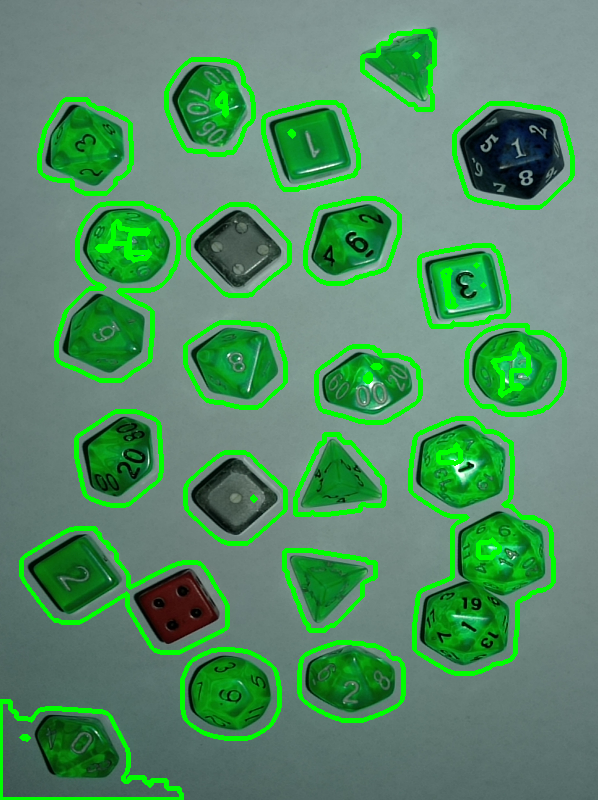
Repository: kaiofbgarcia/OpenCV
Script's output: python dados.py
An editor plug-in stored every save of this project. The script's output is shown before and after the next save, followed by the edit.
Random numbers start from a fixed seed. It also reads Dados/imgDados/dados4.jpg.

Above is the script's output before, as saved 2022-06-28 20:23:28.

After the next save:
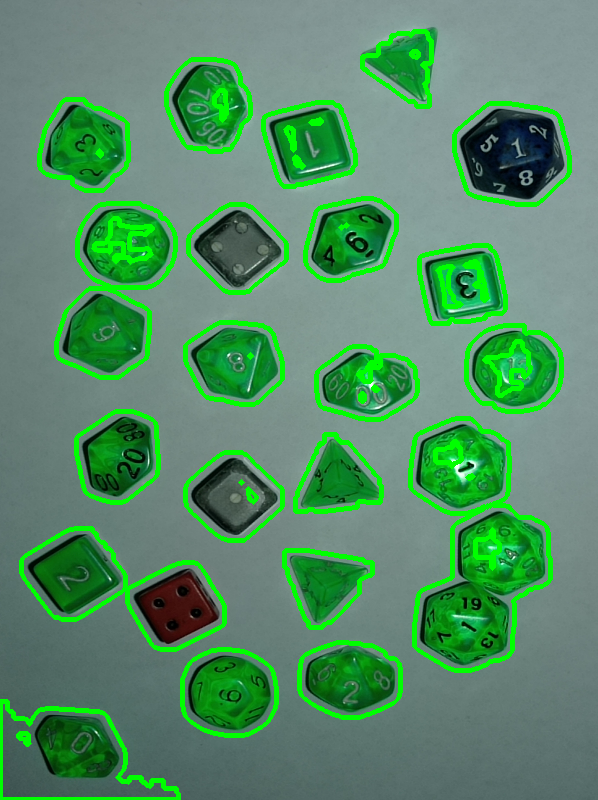
Saved 13 s later.
--- a/dados.py
+++ b/dados.py
@@ -12,7 +12,7 @@
 ret,binary = cv2.threshold(gray , 85 ,255, cv2.THRESH_BINARY)         # Binarização ################
 ret1,binary1 = cv2.threshold(binary,127,255,cv2.THRESH_BINARY_INV)   # Inverter a Binarização
 
-kernel = np.ones((6,6), np.uint8)
+kernel = np.ones((5,5), np.uint8)
 dilation = cv2.dilate(binary1, kernel, iterations=3)   # Dilatar ####################
 #erodion = cv2.erode(dilation, kernel, iterations=5)
 

After the save that followed:
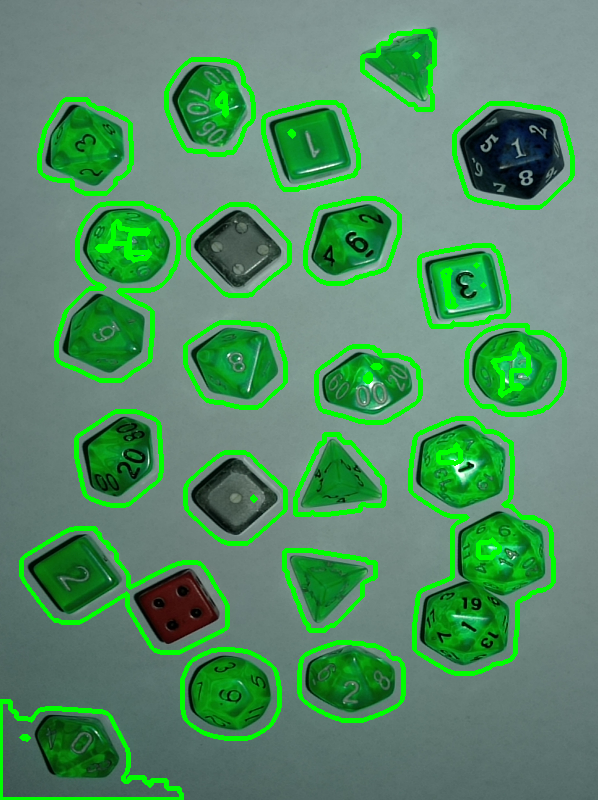
Saved 11 s later.
--- a/dados.py
+++ b/dados.py
@@ -12,7 +12,7 @@
 ret,binary = cv2.threshold(gray , 85 ,255, cv2.THRESH_BINARY)         # Binarização ################
 ret1,binary1 = cv2.threshold(binary,127,255,cv2.THRESH_BINARY_INV)   # Inverter a Binarização
 
-kernel = np.ones((5,5), np.uint8)
+kernel = np.ones((6,6), np.uint8)
 dilation = cv2.dilate(binary1, kernel, iterations=3)   # Dilatar ####################
 #erodion = cv2.erode(dilation, kernel, iterations=5)
 
